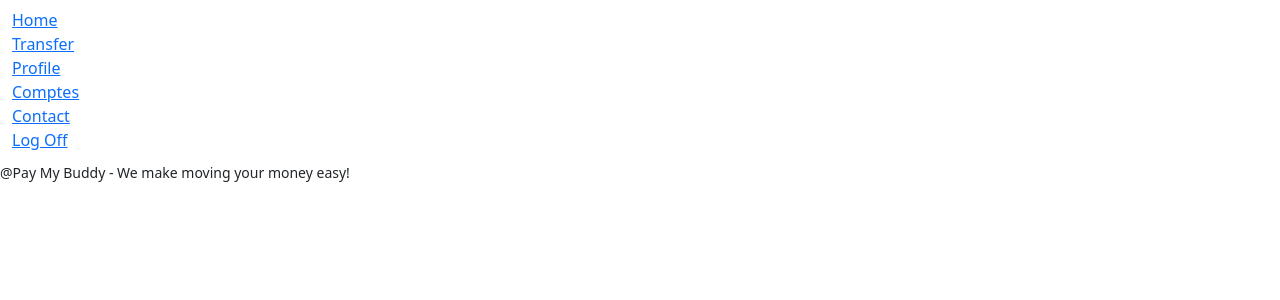
Repository: Am-BOUK/paymybuddy
Page: http://localhost/template1
The author's editor kept a copy of each file at every save. The page is drawn from the files as they stood at one save, then again after the next save.
The browser window is 1280 px wide. The pictures show the whole page.
The page is this project's Thymeleaf template; nobody is signed in. The template is opened directly, without the code that normally fills it, so the values that code supplies are empty.

Above is the page before, as saved 2021-12-15 17:57:31.

After the next save:
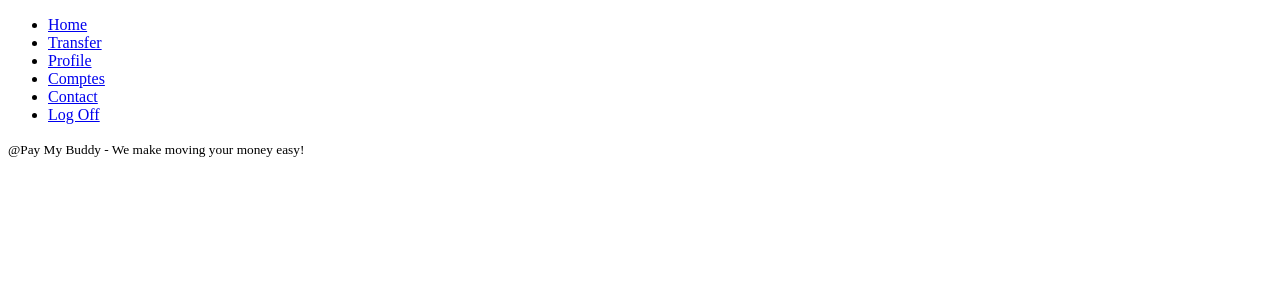
Saved 19 s later.
--- a/PayMyBuddy/src/main/resources/templates/template1.html
+++ b/PayMyBuddy/src/main/resources/templates/template1.html
@@ -4,15 +4,7 @@
 <head>
 <meta charset="utf-8">
 <title>Ma banque</title>
-<link
-	href="https://cdn.jsdelivr.net/npm/bootstrap@5.1.3/dist/css/bootstrap.min.css"
-	rel="stylesheet"
-	integrity="sha384-1BmE4kWBq78iYhFldvKuhfTAU6auU8tT94WrHftjDbrCEXSU1oBoqyl2QvZ6jIW3"
-	crossorigin="anonymous">
-<script
-	src="https://cdn.jsdelivr.net/npm/bootstrap@5.1.3/dist/js/bootstrap.min.js"
-	integrity="sha384-QJHtvGhmr9XOIpI6YVutG+2QOK9T+ZnN4kzFN1RtK3zEFEIsxhlmWl5/YESvpZ13"
-	crossorigin="anonymous"></script>
+
 </head>
 <body>
 	<header>

After the save that followed:
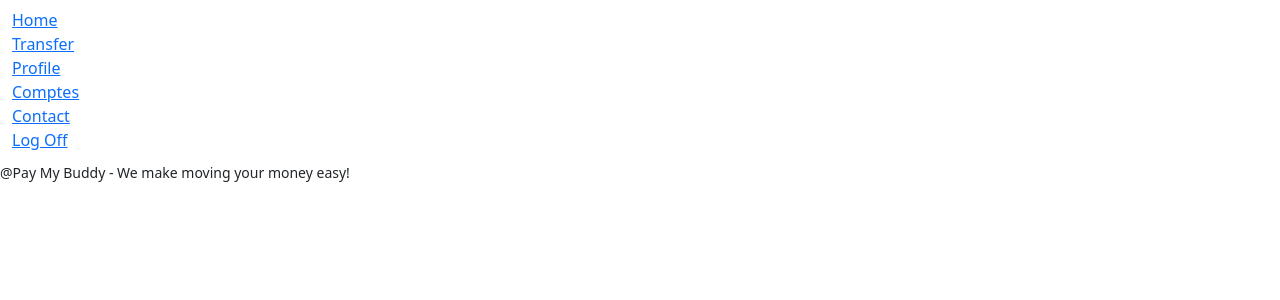
Saved 20 s later.
--- a/PayMyBuddy/src/main/resources/templates/template1.html
+++ b/PayMyBuddy/src/main/resources/templates/template1.html
@@ -4,7 +4,15 @@
 <head>
 <meta charset="utf-8">
 <title>Ma banque</title>
-
+<link
+	href="https://cdn.jsdelivr.net/npm/bootstrap@5.1.3/dist/css/bootstrap.min.css"
+	rel="stylesheet"
+	integrity="sha384-1BmE4kWBq78iYhFldvKuhfTAU6auU8tT94WrHftjDbrCEXSU1oBoqyl2QvZ6jIW3"
+	crossorigin="anonymous">
+<script
+	src="https://cdn.jsdelivr.net/npm/bootstrap@5.1.3/dist/js/bootstrap.min.js"
+	integrity="sha384-QJHtvGhmr9XOIpI6YVutG+2QOK9T+ZnN4kzFN1RtK3zEFEIsxhlmWl5/YESvpZ13"
+	crossorigin="anonymous"></script>
 </head>
 <body>
 	<header>
